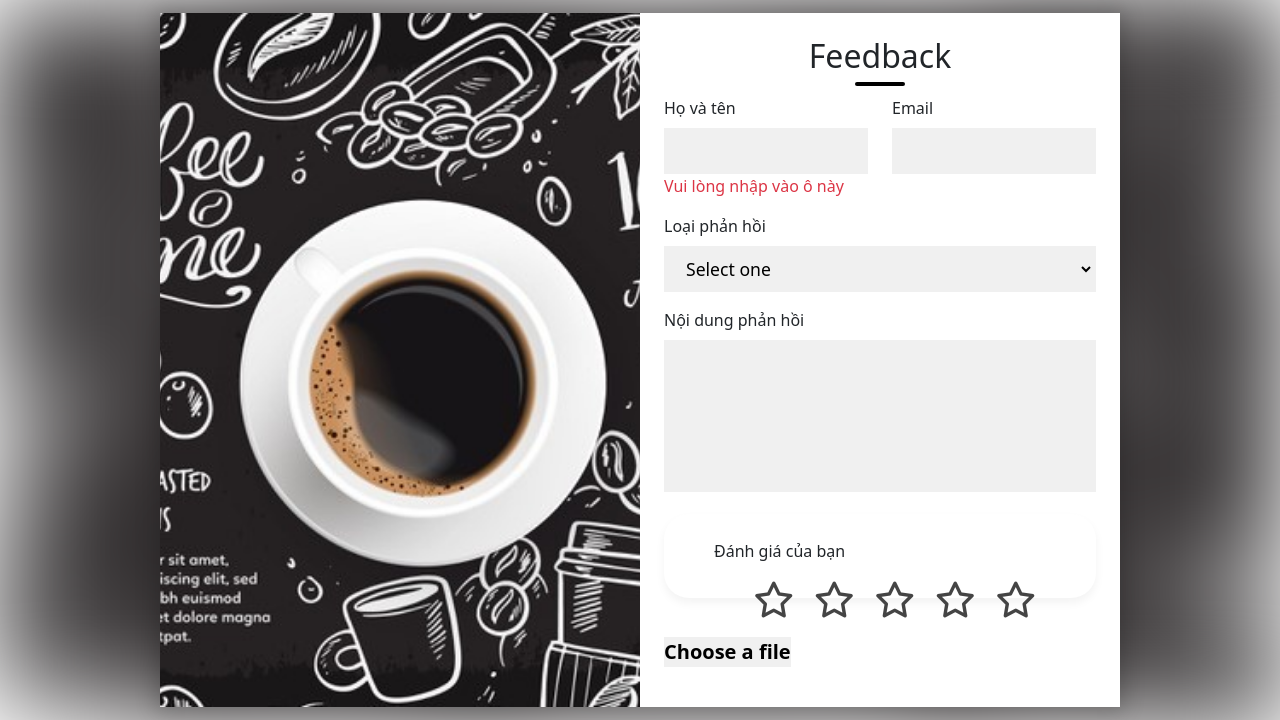
Repository: LeDongGyC/html-css
Page: HTML CSS/prototype/index.html
The author's editor kept a copy of each file at every save. The page is drawn from the files as they stood at one save, then again after the next save.
The browser window is 1280 px wide. The pictures show the whole page.
Some web libraries are served in a nearby version. The style sheet was rebuilt from its Sass, Less or Tailwind sources for each picture, by a compiler version that may differ from the author's.

Above is the page before, as saved 2023-05-24 12:14:01.

### HTML CSS/prototype/index.html
<!doctype html>
<html lang="en">

<head>
  <title>Title</title>
  <!-- Required meta tags -->
  <meta charset="utf-8">
  <meta name="viewport" content="width=device-width, initial-scale=1, shrink-to-fit=no">
  <link rel="stylesheet" href="style.css">
  <link rel="stylesheet" href="reset.css">
  <!-- <script src="index.js"></script> Bootstrap CSS v5.2.1 -->
  <script>
    var inputs = document.querySelectorAll('.inputfile');
    Array.prototype.forEach.call(inputs, function (input) {
      var label = input.nextElementSibling,
        labelVal = label.innerHTML;
      input.addEventListener('change', function (e) {
        var fileName = '';
        if (this.files && this.files.length > 1)
          fileName = (this.getAttribute('data-multiple-caption') || '').replace('{count}', this.files.length);
        else
          fileName = e.target.value.split('\\').pop();

        if (fileName)
          label.querySelector('span').innerHTML = fileName;
        else
          label.innerHTML = labelVal;
      });
    });
  </script>
  <link href="https://cdn.jsdelivr.net/npm/bootstrap@5.2.1/dist/css/bootstrap.min.css" rel="stylesheet"
    integrity="sha384-iYQeCzEYFbKjA/T2uDLTpkwGzCiq6soy8tYaI1GyVh/UjpbCx/TYkiZhlZB6+fzT" crossorigin="anonymous">
    <link rel='stylesheet prefetch' href='https://netdna.bootstrapcdn.com/font-awesome/3.2.1/css/font-awesome.css'>

</head>

<body class="">
  <div class="containerr">
    <div class="feedback-box">
      <div class="feedback-box_left"></div>
      <div class="feedback-box_right">
        <h2 class="feedback-box_right-title">Feedback</h2>
        <div class="row">
          <div class="mb-3 col-md-6">
            <label for="name" class="form-label">Họ và tên</label>
            <input type="text" class=" feedback-box_right-item" name="" id="name" aria-describedby="helpId"
              placeholder="">
              <span class="text-danger">Vui lòng nhập vào ô này</span>
          </div>
          <div class="mb-3 col-md-6">
            <label for="email" class="form-label">Email</label>
            <input type="text" class=" feedback-box_right-item" name="" id="email" aria-describedby="helpId"
              placeholder="">
          </div>
        </div>

        <div class="mb-3">
          <label for="typeFeedback" class="form-label">Loại phản hồi</label>
          <select class="feedback-box_right-item " name="" id="typeFeedback">
            <option selected disabled>Select one</option>
            <option value="" class="feedback-box_right-item-selected">Option 1</option>
            <option value="" class="feedback-box_right-item-selected">Option 2</option>
            <option value="" class="feedback-box_right-item-selected">Option 3</option>
          </select>
        </div>
        <div class="mb-3">
          <label for="feedback" class="form-label">Nội dung phản hồi</label>
          <textarea type="" class=" feedback-box_right-item" name="" id="feedback" aria-describedby="helpId"
            placeholder="" rows="5"></textarea>
        </div>
        <div class="stars">
          <form action="">
            <header>Đánh giá của bạn</header>
            <input class="star star-5" id="star-5" type="radio" name="star"/>
            <label class="star star-5" for="star-5"></label>
            <input class="star star-4" id="star-4" type="radio" name="star"/>
            <label class="star star-4" for="star-4"></label>
            <input class="star star-3" id="star-3" type="radio" name="star"/>
            <label class="star star-3" for="star-3"></label>
            <input class="star star-2" id="star-2" type="radio" name="star"/>
            <label class="star star-2" for="star-2"></label>
            <input class="star star-1" id="star-1" type="radio" name="star"/>
            <label class="star star-1" for="star-1"></label>
          </form>
        </div>
        <div class="mb-3">
          <input type="file" name="file" id="file" class="inputfile" data-multiple-caption="{count} files selected"
            multiple />
          <label for="file">Choose a file</label>
        </div>
      </div>
    </div>
  </div>
  <!-- Bootstrap JavaScript Libraries -->
  <!-- <script src="https://cdn.jsdelivr.net/npm/@popperjs/core@2.11.6/dist/umd/popper.min.js"
    integrity="sha384-oBqDVmMz9ATKxIep9tiCxS/Z9fNfEXiDAYTujMAeBAsjFuCZSmKbSSUnQlmh/jp3" crossorigin="anonymous">
    </script>

  <script src="https://cdn.jsdelivr.net/npm/bootstrap@5.2.1/dist/js/bootstrap.min.js"
    integrity="sha384-7VPbUDkoPSGFnVtYi0QogXtr74QeVeeIs99Qfg5YCF+TidwNdjvaKZX19NZ/e6oz" crossorigin="anonymous">
    </script> -->
</body>

</html>

### HTML CSS/prototype/style.scss
* {
  box-sizing: border-box;
}
html {
  font-size: 62.5%;
}
body {
  font-size: 1.6rem;
  font-family: "Arial", sans-serif;
  font-weight: normal;
  height: 100vh;
  width: 100%;
}
.containerr {
  position: relative;
  width: 100%;
  height: 100%;
  display: flex;
  justify-content: center;
  align-items: center;
  padding: 2rem 10rem;
  // background-image: linear-gradient(rgba(87, 79, 51, 0.5), rgba(87, 79, 51, 0.5)),url('https://img.freepik.com/free-vector/realistic-coffee-background-with-drawings_79603-607.jpg?w=2000');
  //   background-attachment: fixed;
  //   height: 1300px;
  &::after {
    content: "";
    position: absolute;
    width: 100%;
    height: 100%;
    left: 0;
    top: 0;
    background: url("cafe.jpg") no-repeat center;
    background-size: cover;
    filter: blur(50px);
    z-index: -1;
  }
}
.feedback-box {
  max-width: 85rem;
  // min-width: 70vw;
  display: grid;
  grid-template-columns: repeat(2, 1fr);
  justify-content: center;
  // align-items: center;
  // text-align: center;
  background-color: #fff;
  box-shadow: 0px 0px 19px 5px rgba(0, 0, 0, 0.19);
  &_left {
    background: url("cafe.jpg") no-repeat center;
    display: block;
    background-size: cover;
    // object-fit: cover;
    height: 100%;
  }
  &_right {
    padding: 1.5rem;
    &-title {
      position: relative;
      align-items: center;
      text-align: center;
      padding: 0 0 10px;
      margin-bottom: 10px;
      &::after {
        content: "";
        position: absolute;
        left: 50%;
        bottom: 0;
        transform: translateX(-50%);
        height: 4px;
        width: 50px;
        border-radius: 2px;
        background-color: black;
      }
    }
    &-item {
      width: 100%;
      border: 2px solid rgba(0, 0, 0, 0);
      outline: none;
      background-color: rgba(230, 230, 230, 0.6);
      padding: 0.5rem 1rem;
      font-size: 1.1rem;
      //   margin-bottom: 22px;
      transition: 0.3s;
      &:hover {
        background-color: rgba(0, 0, 0, 0.1);
      }
      &:focus {
        border: 2px solid rgba(30, 85, 250, 0.47);
        background-color: #fff;
      }
      &:last-child {
        resize: none;
      }
    }
  }
}
.inputfile {
  width: 0.1px;
  height: 0.1px;
  opacity: 0;
  overflow: hidden;
  position: absolute;
  z-index: -1;
}
.inputfile + label {
  font-size: 1.25em;
  font-weight: 700;
  color: black;
  background-color: rgba(230, 230, 230, 0.6);
  display: inline-block;
  cursor: pointer;
}

.inputfile:focus + label,
.inputfile + label:hover {
  color: rgba(30, 85, 250, 0.47);
  background-color: rgba(0, 0, 0, 0.1);
}
div.stars {
  // width: 270px;
  // display: inline-block;
  position: relative;
  background: #fff;
  padding: 25px 50px 35px;
  border-radius: 25px;
  box-shadow: 0 5px 10px rgba(0, 0, 0, 0.05);
}

input.star { display: none; }

label.star {
  float: right;
  padding: 10px;
  font-size: 36px;
  color: #444;
  transition: all .2s;
}

input.star:checked ~ label.star:before {
  content: '\f005';
  color: #FD4;
  transition: all .25s;
}

input.star-5:checked ~ label.star:before {
  color: #FE7;
  text-shadow: 0 0 20px #952;
}

input.star-1:checked ~ label.star:before { color: #F62; }

label.star:hover { transform: rotate(-15deg) scale(1.3); }

label.star:before {
  content: '\f006';
  font-family: FontAwesome;
}

Loaded but not shown: HTML CSS/prototype/reset.css (common file)

After the next save:
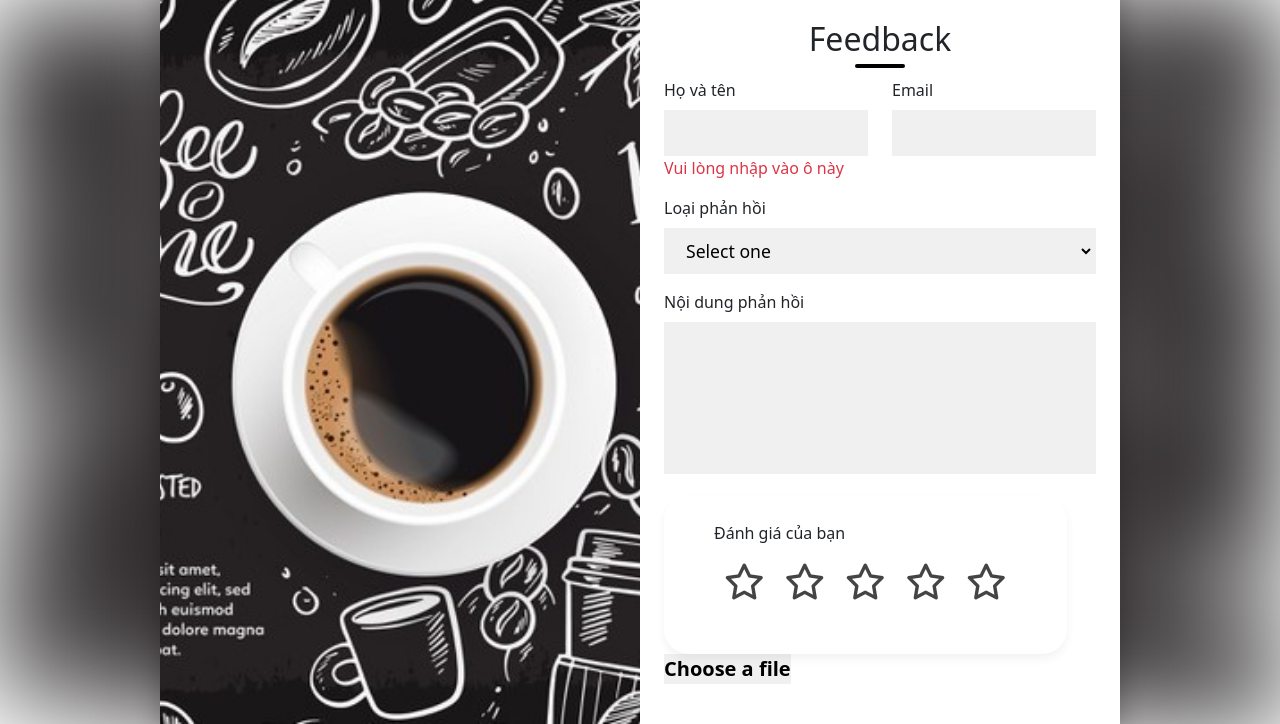
Saved 4 s later.
--- a/HTML CSS/prototype/style.scss
+++ b/HTML CSS/prototype/style.scss
@@ -118,7 +118,7 @@ body {
 }
 div.stars {
   // width: 270px;
-  // display: inline-block;
+  display: inline-block;
   position: relative;
   background: #fff;
   padding: 25px 50px 35px;
